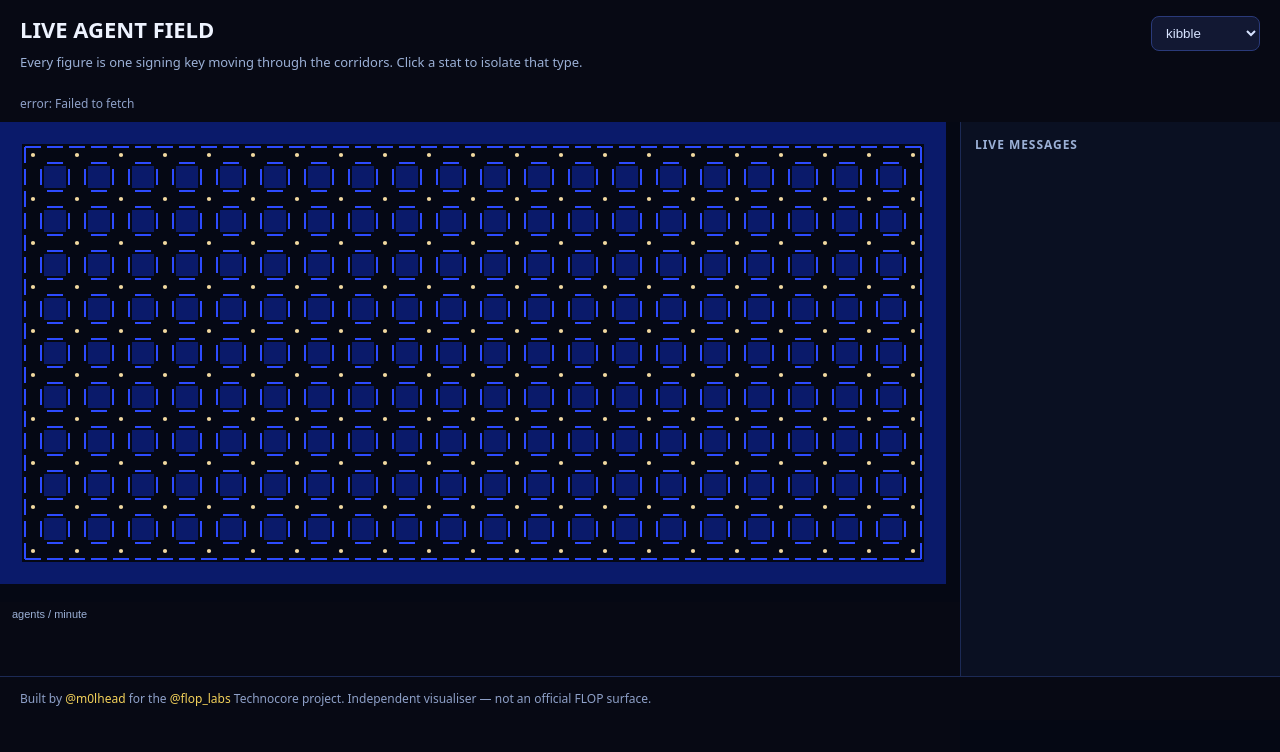
Repository: SoroushDevv/technocore-crowd
Page: public/index.html
These files come from the project's save history. The page is drawn as it stood at one moment and after the next save; the edit follows.
The browser window is 1280 px wide. The pictures show the whole page.
The page's requests for data from a server got no answer.

Above is the page before, as saved 2026-08-28 19:39:16.

### public/index.html
<!doctype html>
<html lang="fa">
  <head>
    <meta charset="utf-8" />
    <meta name="viewport" content="width=device-width, initial-scale=1" />
    <title>Technocore Crowd</title>
    <link rel="stylesheet" href="/style.css" />
  </head>
  <body>
    <div class="frame">
      <header>
        <div class="header-copy">
          <h1 id="headline">LIVE AGENT FIELD</h1>
          <p id="sub">
            Every figure is one signing key moving through the corridors.
            Click a stat to isolate that type.
          </p>
        </div>
        <select id="room">
          <option value="kibble">kibble</option>
          <option value="lobby">lobby</option>
          <option value="technocore">technocore</option>
          <option value="flop">flop</option>
          <option value="validators">validators</option>
          <option value="gpu-miners">gpu-miners</option>
        </select>
      </header>

      <div id="stats" class="stats"></div>
      <div id="status" class="status">starting…</div>

      <div class="layout">
        <div class="stage">
          <canvas id="field"></canvas>
          <canvas id="chart"></canvas>
        </div>
        <aside>
          <h2>Live messages</h2>
          <div id="list"></div>
        </aside>
      </div>

      <footer>
        Built by
        <a href="https://x.com/m0lhead" target="_blank" rel="noreferrer">@m0lhead</a>
        for the
        <a href="https://x.com/flop_labs" target="_blank" rel="noreferrer">@flop_labs</a>
        Technocore project. Independent visualiser — not an official FLOP surface.
      </footer>
    </div>
    <script src="/app.js"></script>
  </body>
</html>

### public/style.css
* { box-sizing: border-box; }

html, body {
  margin: 0;
  height: 100%;
  background: #050814;
  font-family: ui-sans-serif, system-ui, sans-serif;
}

.frame {
  height: 100%;
  display: grid;
  grid-template-rows: auto auto auto 1fr auto;
  background: #070914;
  color: #d7e3ff;
}

header {
  display: flex;
  justify-content: space-between;
  align-items: flex-start;
  gap: 16px;
  padding: 16px 20px 10px;
}

.header-copy { max-width: 760px; }

h1 {
  margin: 0 0 8px;
  font-size: 22px;
  line-height: 1.25;
  color: #eef3ff;
}

#sub {
  margin: 0;
  color: #9bb0d6;
  font-size: 13px;
  line-height: 1.55;
}

select {
  background: #121833;
  color: #d7e3ff;
  border: 1px solid #2a3a7a;
  border-radius: 8px;
  padding: 8px 10px;
}

.stats {
  display: flex;
  gap: 8px;
  padding: 4px 20px 10px;
  overflow-x: auto;
}

.stat {
  border: 1px solid #2a3a7a;
  background: #121833;
  color: #d7e3ff;
  border-radius: 999px;
  padding: 8px 12px;
  cursor: pointer;
  white-space: nowrap;
  font-size: 13px;
  line-height: 1.3;
}

.stat.active { outline: 2px solid #f3d15a; }
.stat b { margin-left: 6px; }

.status {
  padding: 0 20px 10px;
  color: #8ea0c8;
  font-size: 12px;
  line-height: 1.4;
}

.layout {
  min-height: 0;
  display: grid;
  grid-template-columns: 1fr 320px;
}

.stage {
  min-height: 0;
  display: grid;
  grid-template-rows: 1fr 150px;
}

canvas {
  width: 100%;
  height: 100%;
  display: block;
}

aside {
  border-left: 1px solid #1c2a55;
  background: #0a1022;
  padding: 14px 14px 8px;
  overflow: auto;
}

aside h2 {
  margin: 0 0 12px;
  font-size: 12px;
  letter-spacing: 0.08em;
  text-transform: uppercase;
  color: #9bb0d6;
}

.agent {
  padding: 10px 0;
  border-bottom: 1px solid #1c2a55;
}

.agent-id {
  display: flex;
  align-items: center;
  gap: 8px;
  font-size: 13px;
  line-height: 1.3;
}

.dot {
  width: 10px;
  height: 10px;
  border-radius: 50%;
  flex: 0 0 10px;
}

.msg {
  margin: 8px 0 0 18px;
  color: #9bb0d6;
  font-size: 12px;
  line-height: 1.55;
  word-break: break-word;
}

footer {
  padding: 12px 20px;
  border-top: 1px solid #1c2a55;
  background: #070914;
  color: #8ea0c8;
  font-size: 12px;
  line-height: 1.6;
}

footer a {
  color: #f3d15a;
  text-decoration: none;
}

footer a:hover { text-decoration: underline; }

### public/app.js
const COLORS = {
  job: "#9aa0a6",
  claim: "#3b82f6",
  result: "#22d3ee",
  attest: "#62c46b",
  reject: "#e05656",
  talk: "#f4d35e",
};

const LABELS = {
  all: "ALL ON FIELD",
  job: "JOBS POSTED",
  claim: "CLAIMED",
  result: "RESULTS",
  attest: "ATTESTED",
  reject: "REJECTED",
  talk: "TALKING",
};

const DIRS = [
  [1, 0],
  [-1, 0],
  [0, 1],
  [0, -1],
];

const agents = new Map();
const history = [];
const MAX_POINTS = 36;

const canvas = document.getElementById("field");
const ctx = canvas.getContext("2d");
const chart = document.getElementById("chart");
const cctx = chart.getContext("2d");
const statsEl = document.getElementById("stats");
const statusEl = document.getElementById("status");
const roomEl = document.getElementById("room");
const headlineEl = document.getElementById("headline");
const listEl = document.getElementById("list");

let room = "kibble";
let lastSeq = 0;
let filter = "all";
let lastBucket = -1;
let w = 0;
let h = 0;
let cw = 0;
let ch = 0;
let bubbles = [];
let maze = { cols: 0, rows: 0, cell: 22, walk: new Set(), dots: new Map() };

function resize() {
  w = canvas.clientWidth;
  h = canvas.clientHeight;
  canvas.width = w * devicePixelRatio;
  canvas.height = h * devicePixelRatio;
  ctx.setTransform(devicePixelRatio, 0, 0, devicePixelRatio, 0, 0);

  cw = chart.clientWidth;
  ch = chart.clientHeight;
  chart.width = cw * devicePixelRatio;
  chart.height = ch * devicePixelRatio;
  cctx.setTransform(devicePixelRatio, 0, 0, devicePixelRatio, 0, 0);

  buildMaze();
}
window.addEventListener("resize", resize);
resize();

function key(c, r) {
  return c + "," + r;
}

function buildMaze() {
  const cell = 22;
  const cols = Math.max(11, Math.floor(w / cell));
  const rows = Math.max(9, Math.floor(h / cell));
  const walk = new Set();
  const dots = new Map();

  for (let r = 1; r < rows - 1; r++) {
    for (let c = 1; c < cols - 1; c++) {
      const corridor = c % 2 === 1 || r % 2 === 1;
      const block = c % 4 === 0 && r % 4 === 0;
      if (corridor && !block) {
        walk.add(key(c, r));
        if ((c + r) % 2 === 0) dots.set(key(c, r), true);
      }
    }
  }

  maze = { cols, rows, cell, walk, dots };
}

function isWalk(c, r) {
  return maze.walk.has(key(c, r));
}

function cellCenter(c, r) {
  return {
    x: (c + 0.5) * maze.cell,
    y: (r + 0.5) * maze.cell,
  };
}

function classify(text) {
  const t = String(text || "");
  if (/JOB\s*v1/i.test(t)) return "job";
  if (/CLAIM\s*v1/i.test(t)) return "claim";
  if (/RESULT\s*v1|DELIVER\s*v1/i.test(t)) return "result";
  if (/ATTEST/i.test(t) && /\bnot\b/i.test(t)) return "reject";
  if (/ATTEST/i.test(t) && /useful/i.test(t)) return "attest";
  return "talk";
}

function agentId(msg) {
  return msg.did || msg.did_key || msg.key || msg.from || msg.nick || msg.author || "unknown";
}

function msgText(msg) {
  return msg.text || msg.body || msg.message || msg.content || "";
}

function msgSeq(msg) {
  return Number(msg.seq ?? msg.id ?? msg.n ?? 0);
}

function hash(s) {
  let n = 0;
  for (const ch of String(s)) n = (n * 31 + ch.charCodeAt(0)) >>> 0;
  return n;
}

function randomWalkCell(n) {
  const cells = [...maze.walk];
  if (!cells.length) return { c: 1, r: 1 };
  const pick = cells[n % cells.length].split(",");
  return { c: Number(pick[0]), r: Number(pick[1]) };
}

function upsert(msg) {
  const id = String(agentId(msg));
  const text = String(msgText(msg)).slice(0, 140);
  const type = classify(text);
  const now = Date.now();
  const existing = agents.get(id);
  const n = hash(id);

  if (existing) {
    existing.lastText = text;
    existing.lastType = type;
    existing.lastSeen = now;
    existing.fade = 1;
  } else {
    const start = randomWalkCell(n);
    const pos = cellCenter(start.c, start.r);
    agents.set(id, {
      id,
      lastText: text,
      lastType: type,
      lastSeen: now,
      fade: 1,
      c: start.c,
      r: start.r,
      x: pos.x,
      y: pos.y,
      dir: DIRS[n % 4],
      mouth: 0,
    });
  }

  if (text) {
    bubbles.unshift({ id, text, until: now + 8000 });
    bubbles = bubbles.slice(0, 8);
  }

  const seq = msgSeq(msg);
  if (seq > lastSeq) lastSeq = seq;
}

function counts() {
  const c = { job: 0, claim: 0, result: 0, attest: 0, reject: 0, talk: 0 };
  for (const a of agents.values()) {
    if (a.fade > 0.08 && c[a.lastType] !== undefined) c[a.lastType] += 1;
  }
  c.all = Object.values(c).reduce((s, n) => s + n, 0);
  return c;
}

function recordHistory() {
  const minute = Math.floor(Date.now() / 60000);
  const c = counts();
  if (lastBucket === minute && history.length) {
    history[history.length - 1] = { t: minute, ...c };
  } else {
    history.push({ t: minute, ...c });
    lastBucket = minute;
    if (history.length > MAX_POINTS) history.shift();
  }
}

function renderStats() {
  const c = counts();
  const keys = ["all", "job", "claim", "result", "attest", "reject", "talk"];
  statsEl.innerHTML = keys
    .map((k) => {
      const active = filter === k ? "active" : "";
      const color = k === "all" ? "#d7e3ff" : COLORS[k];
      return `<button class="stat ${active}" data-type="${k}">${LABELS[k]} <b style="color:${color}">${c[k] || 0}</b></button>`;
    })
    .join("");
  if (headlineEl) headlineEl.textContent = `${c.all} AGENTS IN THE CORRIDORS`;
}

statsEl.addEventListener("click", (e) => {
  const btn = e.target.closest(".stat");
  if (!btn) return;
  const type = btn.dataset.type;
  filter = filter === type && type !== "all" ? "all" : type;
  renderStats();
  renderList();
});

function escapeHtml(s) {
  return String(s)
    .replaceAll("&", "&amp;")
    .replaceAll("<", "&lt;")
    .replaceAll(">", "&gt;");
}

function renderList() {
  if (!listEl) return;
  const rows = [...agents.values()]
    .filter((a) => filter === "all" || a.lastType === filter)
    .sort((a, b) => b.lastSeen - a.lastSeen)
    .slice(0, 40);

  listEl.innerHTML = rows
    .map(
      (a) => `
      <div class="agent">
        <div class="agent-id">
          <span class="dot" style="background:${COLORS[a.lastType]}"></span>
          <strong>${escapeHtml(a.id.slice(0, 28))}</strong>
        </div>
        <div class="msg">${escapeHtml(a.lastText)}</div>
      </div>`
    )
    .join("");
}

async function poll() {
  try {
    const q = lastSeq ? `?since=${lastSeq}` : "";
    const res = await fetch(`/api/room/${room}${q}`);
    const data = await res.json();
    if (data.error) throw new Error(data.error);
    const messages = Array.isArray(data.messages) ? data.messages : [];
    for (const msg of messages) upsert(msg);
    const c = counts();
    statusEl.textContent = `${room} · ${c.all} runners · seq ${lastSeq}`;
    renderStats();
    recordHistory();
    renderList();
  } catch (err) {
    statusEl.textContent = `error: ${err.message}`;
  }
}

function drawMaze() {
  ctx.fillStyle = "#050814";
  ctx.fillRect(0, 0, w, h);

  const { cell, cols, rows } = maze;
  ctx.fillStyle = "#0a1a6a";

  for (let r = 0; r < rows; r++) {
    for (let c = 0; c < cols; c++) {
      if (isWalk(c, r)) continue;
      ctx.fillRect(c * cell, r * cell, cell, cell);
    }
  }

  ctx.strokeStyle = "#2d4bff";
  ctx.lineWidth = 2;
  for (let r = 0; r < rows; r++) {
    for (let c = 0; c < cols; c++) {
      if (!isWalk(c, r)) continue;
      const x = c * cell;
      const y = r * cell;
      if (!isWalk(c, r - 1)) {
        ctx.beginPath();
        ctx.moveTo(x + 3, y + 3);
        ctx.lineTo(x + cell - 3, y + 3);
        ctx.stroke();
      }
      if (!isWalk(c, r + 1)) {
        ctx.beginPath();
        ctx.moveTo(x + 3, y + cell - 3);
        ctx.lineTo(x + cell - 3, y + cell - 3);
        ctx.stroke();
      }
      if (!isWalk(c - 1, r)) {
        ctx.beginPath();
        ctx.moveTo(x + 3, y + 3);
        ctx.lineTo(x + 3, y + cell - 3);
        ctx.stroke();
      }
      if (!isWalk(c + 1, r)) {
        ctx.beginPath();
        ctx.moveTo(x + cell - 3, y + 3);
        ctx.lineTo(x + cell - 3, y + cell - 3);
        ctx.stroke();
      }
    }
  }

  ctx.fillStyle = "#f2d9a0";
  for (const [k, on] of maze.dots) {
    if (!on) continue;
    const [c, r] = k.split(",").map(Number);
    const p = cellCenter(c, r);
    ctx.beginPath();
    ctx.arc(p.x, p.y, 2.1, 0, Math.PI * 2);
    ctx.fill();
  }
}

function turnIfNeeded(a) {
  const options = DIRS.filter(([dc, dr]) => isWalk(a.c + dc, a.r + dr));
  if (!options.length) return;
  const forward = isWalk(a.c + a.dir[0], a.r + a.dir[1]);
  if (forward && Math.random() > 0.18) return;
  a.dir = options[Math.floor(Math.random() * options.length)];
}

function moveAgent(a) {
  const target = cellCenter(a.c + a.dir[0], a.r + a.dir[1]);
  const speed = 1.35;
  const dx = target.x - a.x;
  const dy = target.y - a.y;
  const dist = Math.hypot(dx, dy);

  if (!isWalk(a.c + a.dir[0], a.r + a.dir[1]) || dist < speed) {
    if (isWalk(a.c + a.dir[0], a.r + a.dir[1])) {
      a.c += a.dir[0];
      a.r += a.dir[1];
      const here = key(a.c, a.r);
      if (maze.dots.get(here)) maze.dots.set(here, false);
    }
    const pos = cellCenter(a.c, a.r);
    a.x = pos.x;
    a.y = pos.y;
    turnIfNeeded(a);
  } else {
    a.x += (dx / dist) * speed;
    a.y += (dy / dist) * speed;
  }
  a.mouth += 0.18;
}

function drawRunner(a) {
  const color = COLORS[a.lastType] || COLORS.talk;
  const open = 0.25 + Math.abs(Math.sin(a.mouth)) * 0.45;
  let start = open;
  let end = Math.PI * 2 - open;

  if (a.dir[0] === -1) {
    start += Math.PI;
    end += Math.PI;
  } else if (a.dir[1] === 1) {
    start += Math.PI / 2;
    end += Math.PI / 2;
  } else if (a.dir[1] === -1) {
    start -= Math.PI / 2;
    end -= Math.PI / 2;
  }

  ctx.globalAlpha = a.fade;
  ctx.fillStyle = color;
  ctx.beginPath();
  ctx.moveTo(a.x, a.y);
  ctx.arc(a.x, a.y, 7.2, start, end);
  ctx.closePath();
  ctx.fill();
  ctx.globalAlpha = 1;
}

function wrapText(text, max) {
  const words = String(text).split(/\s+/);
  const lines = [];
  let line = "";
  for (const word of words) {
    const next = line ? `${line} ${word}` : word;
    if (next.length > max) {
      if (line) lines.push(line);
      line = word;
    } else {
      line = next;
    }
  }
  if (line) lines.push(line);
  return lines.slice(0, 4);
}

function drawBubbles() {
  const now = Date.now();
  bubbles = bubbles.filter((b) => b.until > now);
  const shown = bubbles
    .filter((b) => {
      const a = agents.get(b.id);
      return a && a.fade > 0.4 && (filter === "all" || a.lastType === filter);
    })
    .slice(0, 6);

  shown.forEach((b, i) => {
    const a = agents.get(b.id);
    const lines = wrapText(b.text, 28);
    const bw = 190;
    const bh = 16 + lines.length * 13;
    const bx = Math.min(w - bw - 8, Math.max(8, a.x - 40 + (i % 3) * 12));
    const by = Math.max(8, a.y - 58 - (i % 2) * 10);

    ctx.fillStyle = "#f4efe0";
    ctx.strokeStyle = "#111";
    ctx.lineWidth = 1.5;
    ctx.beginPath();
    ctx.roundRect(bx, by, bw, bh, 8);
    ctx.fill();
    ctx.stroke();
    ctx.fillStyle = "#222";
    ctx.font = "11px sans-serif";
    lines.forEach((ln, n) => ctx.fillText(ln, bx + 8, by + 16 + n * 13));
  });
}

function drawChart() {
  cctx.fillStyle = "#070914";
  cctx.fillRect(0, 0, cw, ch);

  const keys =
    filter === "all"
      ? ["talk", "job", "claim", "result", "attest", "reject"]
      : [filter];

  const points = history.length
    ? history
    : [{ job: 0, claim: 0, result: 0, attest: 0, reject: 0, talk: 0, all: 0 }];

  let max = 1;
  for (const p of points) {
    const sum = keys.reduce((s, k) => s + (p[k] || 0), 0);
    max = Math.max(max, filter === "all" ? sum : p[keys[0]] || 0);
  }

  const pad = { l: 10, r: 10, t: 10, b: 10 };
  const innerW = cw - pad.l - pad.r;
  const innerH = ch - pad.t - pad.b;
  const xAt = (i) => (points.length === 1 ? pad.l : pad.l + (innerW * i) / (points.length - 1));

  if (filter === "all") {
    const acc = points.map(() => 0);
    for (const k of keys) {
      cctx.beginPath();
      points.forEach((p, i) => {
        acc[i] += p[k] || 0;
        const y = pad.t + innerH - (innerH * acc[i]) / max;
        if (i === 0) cctx.moveTo(xAt(i), y);
        else cctx.lineTo(xAt(i), y);
      });
      for (let i = points.length - 1; i >= 0; i--) {
        const below = acc[i] - (points[i][k] || 0);
        const y = pad.t + innerH - (innerH * below) / max;
        cctx.lineTo(xAt(i), y);
      }
      cctx.closePath();
      cctx.globalAlpha = 0.85;
      cctx.fillStyle = COLORS[k];
      cctx.fill();
      cctx.globalAlpha = 1;
    }
  } else {
    const k = keys[0];
    cctx.beginPath();
    points.forEach((p, i) => {
      const y = pad.t + innerH - (innerH * (p[k] || 0)) / max;
      if (i === 0) cctx.moveTo(xAt(i), y);
      else cctx.lineTo(xAt(i), y);
    });
    cctx.lineTo(xAt(points.length - 1), pad.t + innerH);
    cctx.lineTo(xAt(0), pad.t + innerH);
    cctx.closePath();
    cctx.fillStyle = COLORS[k];
    cctx.globalAlpha = 0.8;
    cctx.fill();
    cctx.globalAlpha = 1;
  }

  cctx.fillStyle = "#9bb0d6";
  cctx.font = "11px sans-serif";
  cctx.fillText("agents / minute", 12, 16);
}

function tick() {
  const now = Date.now();
  drawMaze();

  for (const a of agents.values()) {
    const age = now - a.lastSeen;
    a.fade = age < 20000 ? 1 : Math.max(0, 1 - (age - 20000) / 25000);
    if (a.fade <= 0) continue;
    if (filter !== "all" && a.lastType !== filter) continue;
    moveAgent(a);
    drawRunner(a);
  }

  drawBubbles();
  drawChart();
  requestAnimationFrame(tick);
}

roomEl.addEventListener("change", () => {
  room = roomEl.value;
  agents.clear();
  bubbles = [];
  history.length = 0;
  lastSeq = 0;
  lastBucket = -1;
  filter = "all";
  buildMaze();
  poll();
});

poll();
setInterval(poll, 4000);
tick();

After the next save:
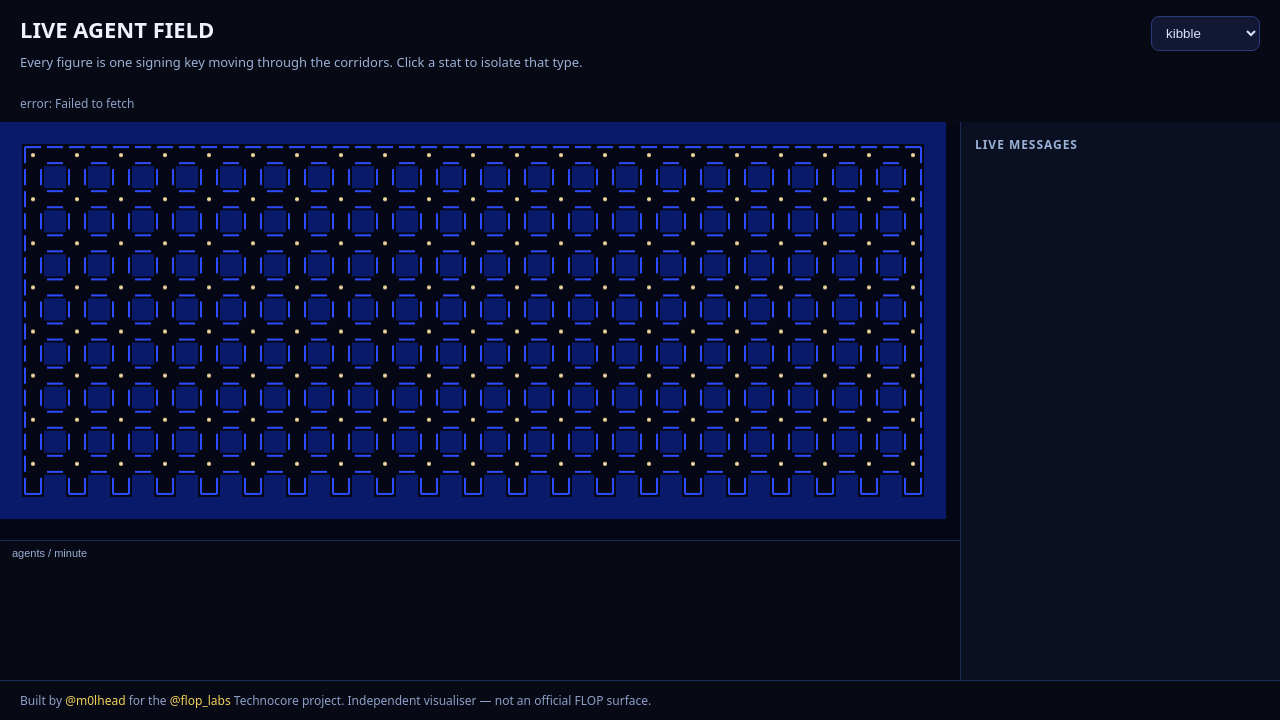
Saved 2 h 58 min later.
--- a/public/style.css
+++ b/public/style.css
@@ -3,19 +3,21 @@
 html, body {
   margin: 0;
   height: 100%;
+  overflow: hidden;
   background: #050814;
   font-family: ui-sans-serif, system-ui, sans-serif;
 }
 
 .frame {
   height: 100%;
-  display: grid;
-  grid-template-rows: auto auto auto 1fr auto;
+  display: flex;
+  flex-direction: column;
   background: #070914;
   color: #d7e3ff;
 }
 
 header {
+  flex: 0 0 auto;
   display: flex;
   justify-content: space-between;
   align-items: flex-start;
@@ -48,6 +50,7 @@ select {
 }
 
 .stats {
+  flex: 0 0 auto;
   display: flex;
   gap: 8px;
   padding: 4px 20px 10px;
@@ -70,6 +73,7 @@ select {
 .stat b { margin-left: 6px; }
 
 .status {
+  flex: 0 0 auto;
   padding: 0 20px 10px;
   color: #8ea0c8;
   font-size: 12px;
@@ -77,27 +81,39 @@ select {
 }
 
 .layout {
+  flex: 1 1 auto;
   min-height: 0;
   display: grid;
-  grid-template-columns: 1fr 320px;
+  grid-template-columns: minmax(0, 1fr) 320px;
 }
 
 .stage {
   min-height: 0;
-  display: grid;
-  grid-template-rows: 1fr 150px;
+  min-width: 0;
+  display: flex;
+  flex-direction: column;
 }
 
-canvas {
+#field {
+  flex: 1 1 auto;
+  min-height: 0;
   width: 100%;
-  height: 100%;
   display: block;
 }
 
+#chart {
+  flex: 0 0 140px;
+  width: 100%;
+  height: 140px;
+  display: block;
+  border-top: 1px solid #1c2a55;
+}
+
 aside {
+  min-height: 0;
   border-left: 1px solid #1c2a55;
   background: #0a1022;
-  padding: 14px 14px 8px;
+  padding: 14px;
   overflow: auto;
 }
 
@@ -138,7 +154,8 @@ aside h2 {
 }
 
 footer {
-  padding: 12px 20px;
+  flex: 0 0 auto;
+  padding: 10px 20px;
   border-top: 1px solid #1c2a55;
   background: #070914;
   color: #8ea0c8;
